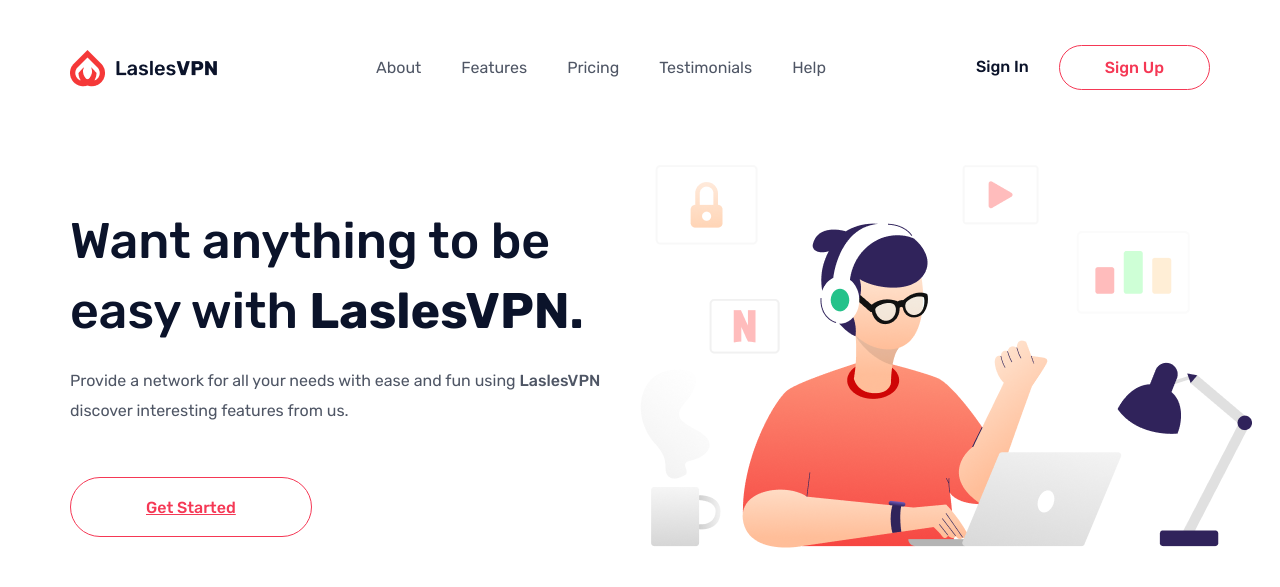
Repository: nafiesallahu/beetroot-fe-g1
Page: Homework10/index.html
An editor plug-in stored every save of this project. The page is shown before and after the next save, followed by the edit.
The browser window is 1280 px wide. The pictures show the whole page.

Above is the page before, as saved 2021-01-27 19:31:26.

### Homework10/index.html
<!DOCTYPE html>
<html lang="en">

<head>
  <meta charset="UTF-8">
  <meta name="viewport" content="width=device-width, initial-scale=1.0">
  <title>Lasless VPN</title>
  <link rel="preconnect" href="https://fonts.gstatic.com">
  <link href="https://fonts.googleapis.com/css2?family=Rubik:ital,wght@0,400;0,500;0,700;1,400;1,500;1,700&display=swap" rel="stylesheet">
  <link rel="stylesheet" href="./styles/style.css">
</head>

<body>
  <header class="main-header">
    <div class="container">
      <a href="index.html" class="logo">
        <img src="images/Logo.png" alt="LaslesVPN">
      </a>
      <nav class="main-nav">
        <ul>
          <li><a href="#">About</a></li>
          <li><a href="#">Features</a></li>
          <li><a href="#">Pricing</a></li>
          <li><a href="#">Testimonials</a></li>
          <li><a href="#">Help</a></li>
        </ul>
        <div class="nav-buttons">
          <a href="#" class="btn btn--link">Sign In</a>
          <a href="#" class="btn">Sign Up</a>
        </div>
      </nav>
    </div>
  </header>
  <main class="main-content">
    <section class="hero">
      <div class="container">
        <div class="hero__text">
          <h1>Want anything to be easy with <span>LaslesVPN.</span></h1>
          <p>Provide a network for all your needs with ease and fun using <span>LaslesVPN</span> discover interesting features from us.</p>
          <a href="#" class="btn">Get Started</a>
        </div>
        <div class="hero__image">
          <img src="images/illustration_1.png" alt="illustration_1.png">
        </div>
      </div>
    </section>
  </main>
</body>

</html>

### Homework10/styles/style.css
/* http://meyerweb.com/eric/tools/css/reset/
   v2.0 | 20110126
   License: none (public domain)
*/

html, body, div, span, applet, object, iframe,
h1, h2, h3, h4, h5, h6, p, blockquote, pre,
a, abbr, acronym, address, big, cite, code,
del, dfn, em, img, ins, kbd, q, s, samp,
small, strike, strong, sub, sup, tt, var,
b, u, i, center,
dl, dt, dd, ol, ul, li,
fieldset, form, label, legend,
table, caption, tbody, tfoot, thead, tr, th, td,
article, aside, canvas, details, embed,
figure, figcaption, footer, header, hgroup,
menu, nav, output, ruby, section, summary,
time, mark, audio, video {
	margin: 0;
	padding: 0;
	border: 0;
	font-size: 100%;
	font: inherit;
	vertical-align: baseline;
}
/* HTML5 display-role reset for older browsers */
article, aside, details, figcaption, figure,
footer, header, hgroup, menu, nav, section {
	display: block;
}
body {
	line-height: 1;
}
ol, ul {
	list-style: none;
}
blockquote, q {
	quotes: none;
}
blockquote:before, blockquote:after,
q:before, q:after {
	content: '';
	content: none;
}
table {
	border-collapse: collapse;
	border-spacing: 0;
}

/* ========================================================== */

* {
  box-sizing: border-box;
}

body {
  font-family: 'Rubik', sans-serif;
}
.main-header {
  float: left;
  width: 100%;
  padding-top: 45px;
  padding-bottom: 45px;
}
.container {
  width: 100%;
  max-width: 1140px;
  margin:0 auto;
}
.main-nav a {
  text-decoration: none;
}
.main-nav ul {
  float: left;
  margin-left: 157px;
  padding-top: 13px;
}
.main-nav ul li {
  margin-right: 40px;
  float: left;
}
.main-nav ul li a{
  font-size: 16px;
  line-height: 19px;
  color: #4F5665;
}
.logo {
  float: left;
  margin-top:5px;
}
.nav-buttons {
  float: right;
}
.btn {
  color: #F53855;
  font-size: 16px;
  padding-left: 45px;
  padding-right: 45px;
  height: 45px;
  line-height: 43px;
  border: 1px solid #F53855;
  float: left;
  border-radius: 50px;
  font-weight: 500;
}
.btn--link {
  padding-left: 0;
  padding-right: 0;
  border:0;
  margin-right:30px;
  color: #0B132A;
}

/* HERO */
.hero {
  float: left;
  width: 100%;
}
.hero__text {
  float: left;
  width:50%;
  padding-top:71px;
}
.hero__image {
  float: left;
  width:50%;
  padding-top:30px;

}

.hero__text h1 {
  font-weight: 500;
  font-size: 50px;
  line-height: 70px;
  color: #0B132A;
  margin-bottom: 20px;
}
.hero__text p {
  font-size: 16px;
  color: #4F5665;
  line-height: 1.9em;
  margin-bottom: 50px;
}
.hero__text h1 span {
  font-weight: bold;
}
.hero__text p span {
  font-weight: 500;
}

.hero__text .btn {
  float: left;
  height: 60px;
  line-height: 60px;
  padding-left: 75px;
  padding-right: 75px;
}

After the next save:
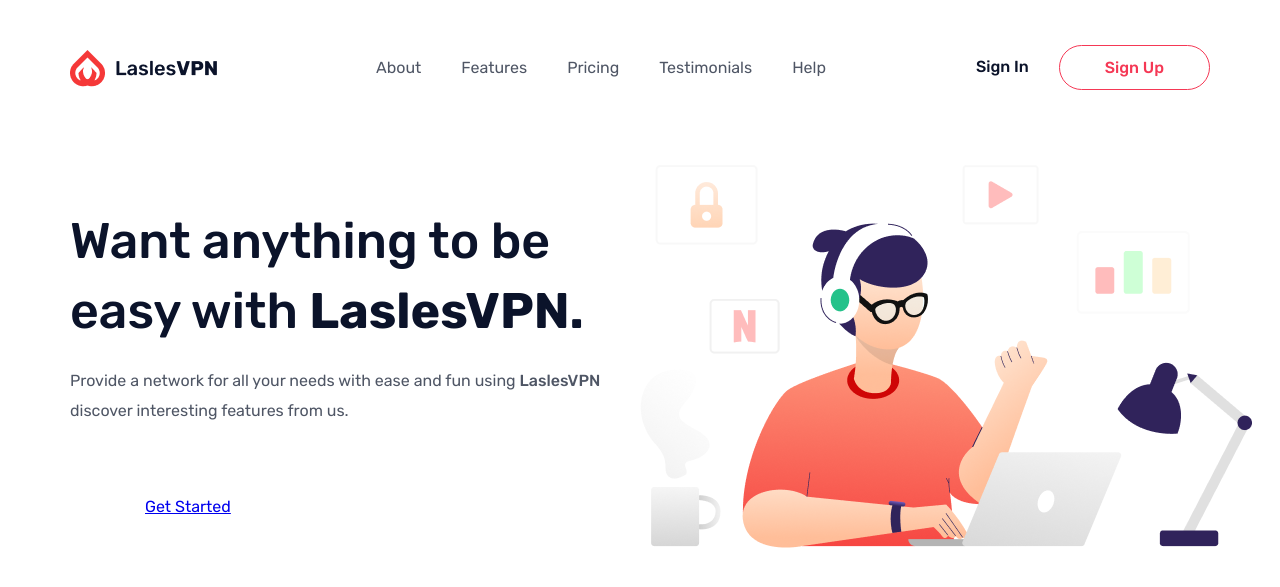
Saved 94 s later.
--- a/Homework10/styles/style.css
+++ b/Homework10/styles/style.css
@@ -91,7 +91,7 @@
 .nav-buttons {
   float: right;
 }
-.btn {
+.nav-buttons .btn {
   color: #F53855;
   font-size: 16px;
   padding-left: 45px;
@@ -103,7 +103,7 @@
   border-radius: 50px;
   font-weight: 500;
 }
-.btn--link {
+.nav-buttons .btn--link {
   padding-left: 0;
   padding-right: 0;
   border:0;
